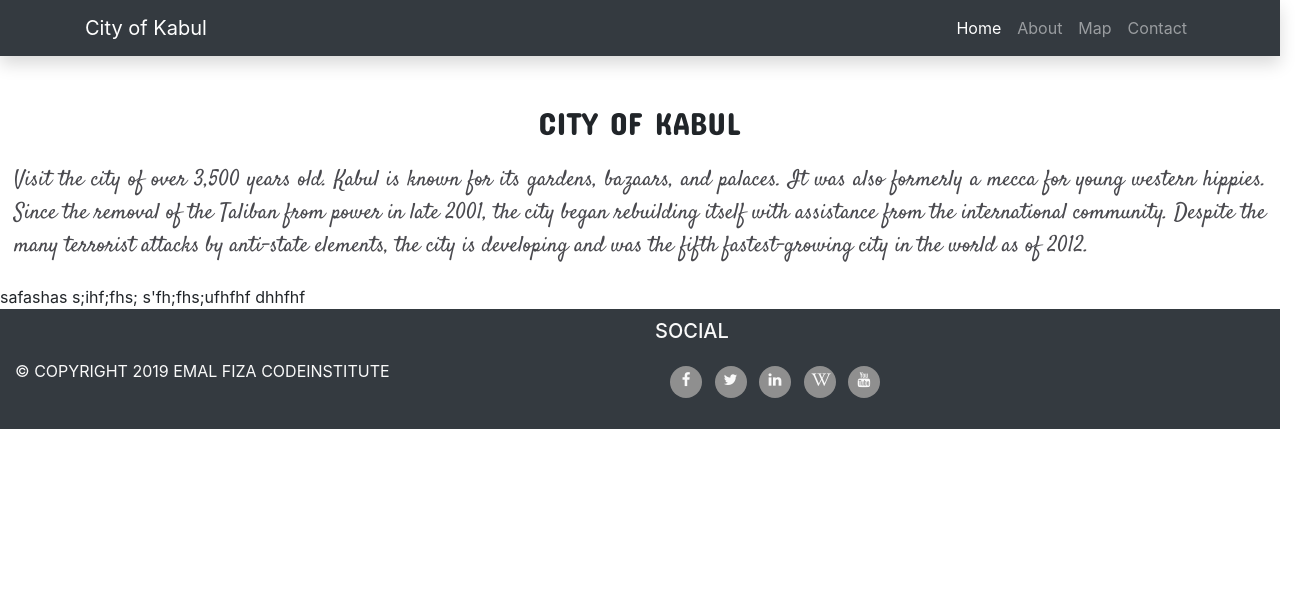
Repository: emalfiza/project-kabul
Page: about.html
The author's editor kept a record of every edit. The page is drawn from the files as they stood at one moment, then again after the next edit.
The browser window is 1280 px wide. The page is 1295 px wide, so the pictures cover 1295 px, including what lies to the right of the window. The pictures show the whole page.

Above is the page before.

### about.html
<!DOCTYPE html>
<html lang="en">

<head>
  <meta charset="UTF-8">
  <meta name="viewport" content="width=device-width, initial-scale=1.0">
  <meta http-equiv="X-UA-Compatible" content="ie=edge">
  <link rel="stylesheet" href="https://stackpath.bootstrapcdn.com/bootstrap/4.3.1/css/bootstrap.min.css" type="text/css" />
  <link rel="stylesheet" href="https://stackpath.bootstrapcdn.com/font-awesome/4.7.0/css/font-awesome.min.css" type="text/css" />
  <link rel="stylesheet" href="assets/css/style.css" type="text/css" />
  <title>City of Kabul</title>
</head>

<body>
  <header>

    <!------------------------------------------- Navigation -->

    <nav class="navbar navbar-expand-lg navbar-dark bg-dark static-top mb-5 shadow">
      <div class="container">
        <a class="navbar-brand" href="#">City of Kabul</a>
        <button class="navbar-toggler" type="button" data-toggle="collapse" data-target="#navbarResponsive" aria-controls="navbarResponsive" aria-expanded="false" aria-label="Toggle navigation">
          <span class="navbar-toggler-icon"></span>
        </button>
        <div class="collapse navbar-collapse" id="navbarResponsive">
          <ul class="navbar-nav ml-auto">
            <li class="nav-item active">
              <a class="nav-link" href="#">Home
                <span class="sr-only">(current)</span>
              </a>
            </li>
            <li class="nav-item">
              <a class="nav-link" href="#">About</a>
            </li>
            <li class="nav-item">
              <a class="nav-link" href="#">Map</a>
            </li>
            <li class="nav-item">
              <a class="nav-link" href="#">Contact</a>
            </li>
          </ul>
        </div>
      </div>
    </nav>

  </header>

  <!------------------------------------------ Page Content -->

  <section class="conrainer-fluid">
    <div class="row">
      <div class="col-sm-12">
        <h2 class="section-heading uppercase">City of Kabul</h2>
        <p class="section-paragraph">
          Visit the city of over 3,500 years old. Kabul is known for its gardens, bazaars, and palaces. It was also formerly a mecca for young western hippies. Since the removal of the Taliban from power in late 2001, the city began rebuilding itself with assistance
          from the international community. Despite the many terrorist attacks by anti-state elements, the city is developing and was the fifth fastest-growing city in the world as of 2012.
        </p>
      </div>
      <div class="col-sm-12 image-kb">
      </div>
    </div>
  </section>
  safashas
  s;ihf;fhs;
  s'fh;fhs;ufhfhf
  dhhfhf

  <section>

  </section>
  <section>

  </section>

  <!------------------------------------------------ Footer -->

  <footer class="container-fluid">
    <div class="row">
      <div class="col-sm-6">
        <p class="uppercase general-sub special">&copy; Copyright 2019 Emal Fiza CodeInstitute</p>
      </div>
      <div class="col-sm-6">
        <h5 class="uppercase general-sub">Social</h5>
        <ul class="list-inline social-links">
          <li class="list-inline-item">
            <a target="_blank" href="#">
              <i class="fa fa-facebook" aria-hidden="true"></i>
              <span class="sr-only">Facebook</span>
            </a>
          </li>
          <li class="list-inline-item">
            <a target="_blank" href="#">
              <i class="fa fa-twitter" aria-hidden="true"></i>
              <span class="sr-only">Twitter</span>
            </a>
          </li>
          <li class="list-inline-item">
            <a target="_blank" href="#">
              <i class="fa fa-linkedin" aria-hidden="true"></i>
              <span class="sr-only">LinkedIn</span>
            </a>
          </li>
          <li class="list-inline-item">
            <a target="_blank" href="#">
              <i class="fa fa-wikipedia-w" aria-hidden="true"></i>
              <span class="sr-only">Wikipedia</span>
            </a>
          </li>
          <li class="list-inline-item">
            <a target="_blank" href="#">
              <i class="fa fa-youtube" aria-hidden="true"></i>
              <span class="sr-only">YouTube</span>
            </a>
          </li>
        </ul>
      </div>
    </div>

  </footer>
</body>

</html>

### assets/css/style.css
@import url('https://fonts.googleapis.com/css?family=Concert+One|Satisfy&display=swap:100,200,300,400,500,600,700,800|satisfy:100,200,300,400,500,600,700,800');

/* -----------------------------------------------------Navbar --*/

.navbar-brand {
  color: #fafafa;
}

/* -- The bellow body css imported from the startbootstrap.com --*/

.image {
  background: url("../images/kabul.jpg") no-repeat center center fixed;
  background-size: cover;
  -webkit-background-size: cover;
  -moz-background-size: cover;
  -o-background-size: cover;
}

.image-kb {
  background: url("../images/city-kabul.jpeg") no-repeat center;
  background-size: 75% auto;
  max-width: 100%;
  height: auto;
  margin: 0;
}

.image-kb-culture {
  background: url("../images/kabul-culture.jpg") no-repeat center;
  background-size: 75% auto;
  max-width: 100%;
  height: auto;
  margin: 0;
}

/* -----------------------------------------------------Heading --*/

.title {
  font-family: "Concert One", sans-serif;
  font-weight: bolder;
  text-align: center;
  letter-spacing: 2px;
  text-transform: uppercase;
  font-size: 60px;
  color: #fafafa;
  margin-bottom: 10px;
}

hr {
  width: 20%;
  display: block;
  margin-top: 0.5em;
  margin-bottom: 0.5em;
  margin-left: auto;
  margin-right: auto;
  border-style: double;
  border-width: 1px;
  border-radius: 2px;
  height: 2px;
  color: #fafafa;
  background-color: #fafafa;
}

.card {
  background-color: rgba(0, 0, 0, 0.3);
}

.context {
  margin-top: 14%;
}

.primary,
.lead {
  font-family: "satisfy", sans-serif;
  font-size: 22px;
  color: #fafafa;
  text-align: center;
  margin-top: 32px;
}

.lead {
  margin-top: 20px;
}

.section-heading {
  font-family: "Concert One", sans-serif;
  text-align: center;
}

/* -----------------------------------------------------Main content --*/

.section-paragraph {
  font-family: "Satisfy", sans-serif;
  margin: 22px 14px 22px 14px;
  text-align: justify;
  font-weight: 400;
  font-size: 22px;
  color: #4a4a4f;
}

.list-group {
  margin-top: 18px ;
  padding: 0;
  margin: 0;
  font-family: "Concert One", sans-serif;
  font-weight: 600;
  color: #212529;
}

/* -----------------------------------------------------Footer --*/

footer {
  background-color: #343a40!important;
  color: #fafafa;
  min-height: 100px;
}

.uppercase {
  text-transform: uppercase;
}

/* --The font-family for the general-sub I copied from the bootsratp navbar "DevTool" of my home page
because I wanted my footer font family to match my navbar--*/

.general-sub {
  font-family: -apple-system, BlinkMacSystemFont, "Segoe UI", Roboto, "Helvetica Neue",
  Arial, "Noto Sans", sans-serif, "Apple Color Emoji", "Segoe UI Emoji", "Segoe UI Symbol", "Noto Color Emoji";
  margin-top: 10px;
}

.special {
  margin-left: 0px;
  margin-top: 50px;
}

.social-links {
  padding: 15px;
}

.social-links li a i {
  position: relative;
  width: 32px;
  height: 32px;
  padding: 8px;
  border-radius: 50%;
  font-size: 15px;
  line-height: 12px;
  text-align: center;
  color: #fafafa;
  background-color: #8f8f8f;
  transition: all 0.40s ease-in-out;
  -moz-transition: all 0.40s ease-in-out;
  -webkit-transition: all 0.40s ease-in-out;
  -o-transition: all 0.40s ease-in-out;
}

.social-links li a i:hover {
  background-color: #252525;
}

After the next edit:
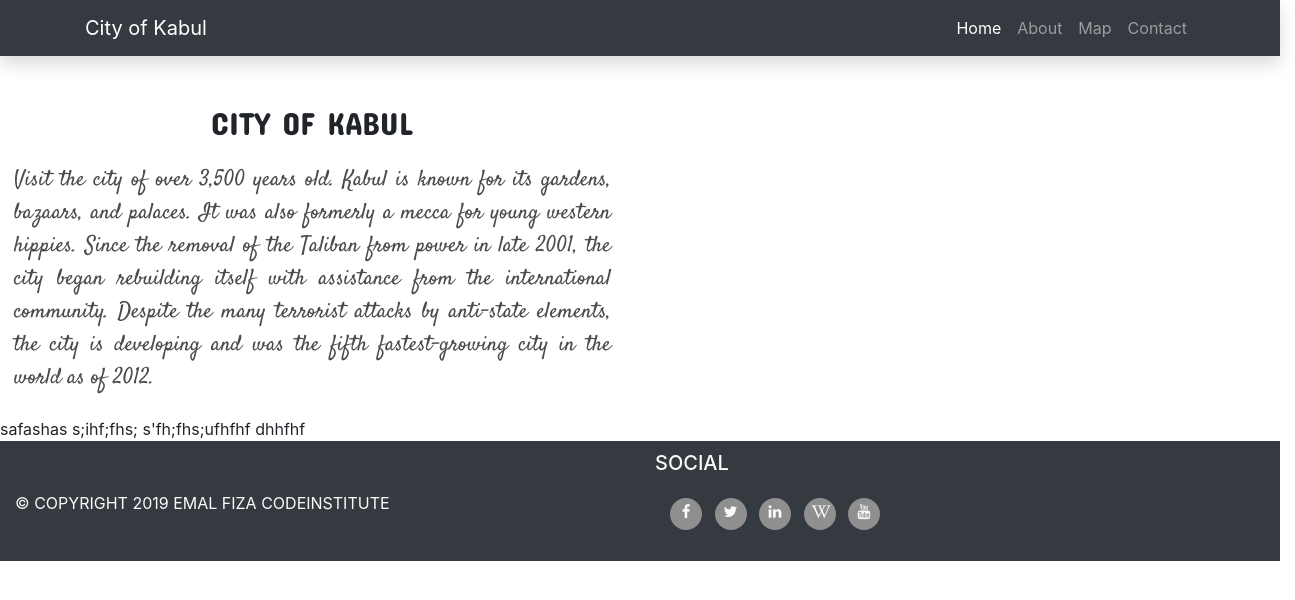
The edit:
--- a/about.html
+++ b/about.html
@@ -49,7 +49,7 @@
 
   <section class="conrainer-fluid">
     <div class="row">
-      <div class="col-sm-12">
+      <div class="col-md-6">
         <h2 class="section-heading uppercase">City of Kabul</h2>
         <p class="section-paragraph">
           Visit the city of over 3,500 years old. Kabul is known for its gardens, bazaars, and palaces. It was also formerly a mecca for young western hippies. Since the removal of the Taliban from power in late 2001, the city began rebuilding itself with assistance
